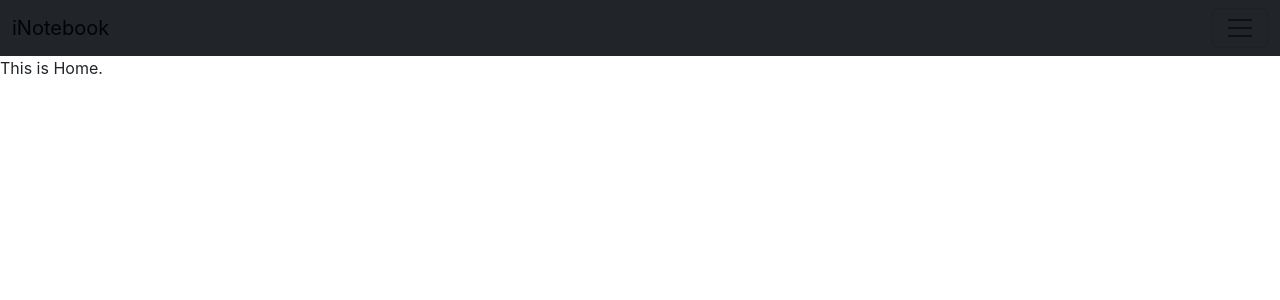
Repository: SatishPatil108/iNotebook-React
Page: /
An editor plug-in stored every save of this project. The page is shown before and after the next save, followed by the edit.
The browser window is 1280 px wide. The pictures show the whole page.
The project was rebuilt for these pictures with package versions that can differ from the ones it lists, and the page was loaded fresh each time. Also part of the build but not shown: src/App.css, src/components/About.js.

Above is the page before, as saved 2022-07-23 17:13:44.

### public/index.html
<!DOCTYPE html>
<html lang="en">

<head>
  <meta charset="utf-8" />
  <link rel="icon" href="%PUBLIC_URL%/favicon.ico" />
  <meta name="viewport" content="width=device-width, initial-scale=1" />
  <meta name="theme-color" content="#000000" />
  <meta name="description" content="Web site created using create-react-app" />
  <link rel="apple-touch-icon" href="%PUBLIC_URL%/logo192.png" />

  <link rel="manifest" href="%PUBLIC_URL%/manifest.json" />
  <link href="https://cdn.jsdelivr.net/npm/bootstrap@5.2.0/dist/css/bootstrap.min.css" rel="stylesheet"
    integrity="sha384-gH2yIJqKdNHPEq0n4Mqa/HGKIhSkIHeL5AyhkYV8i59U5AR6csBvApHHNl/vI1Bx" crossorigin="anonymous">

  <title>iNotebook - Your Notes Secured in the Cloud</title>
</head>

<body>
  <noscript>You need to enable JavaScript to run this app.</noscript>
  <div id="root"></div>
  <script src="https://cdn.jsdelivr.net/npm/@popperjs/core@2.11.5/dist/umd/popper.min.js"
    integrity="sha384-Xe+8cL9oJa6tN/veChSP7q+mnSPaj5Bcu9mPX5F5xIGE0DVittaqT5lorf0EI7Vk"
    crossorigin="anonymous"></script>
  <script src="https://cdn.jsdelivr.net/npm/bootstrap@5.2.0/dist/js/bootstrap.min.js"
    integrity="sha384-ODmDIVzN+pFdexxHEHFBQH3/9/vQ9uori45z4JjnFsRydbmQbmL5t1tQ0culUzyK"
    crossorigin="anonymous"></script>

</body>

</html>

### src/App.js
import './App.css';
import {
  BrowserRouter as Router,
  Routes,
  Route
} from "react-router-dom";
import Navbar from './components/Navbar';
import Home from './components/Home';
import About from './components/About';
import NoteState from './context/notes/NoteState';

function App() {
  return (
    <>
      <NoteState>
        <Router>
          <Navbar />
          <Routes>
            <Route exact path="/" element={<Home />}></Route>
            <Route exact path="/about" element={<About />}></Route>
          </Routes>
        </Router>
      </NoteState>
    </>
  );
}

export default App;

### src/components/Navbar.js
import React from 'react'
import { Link } from "react-router-dom";

const Navbar = () => {
    return (
        <div>
            <nav className="navbar navbar-expand-light  bg-dark">
                <div className="container-fluid">
                    <Link className="navbar-brand" to="/">iNotebook</Link>
                    <button className="navbar-toggler" type="button" data-bs-toggle="collapse" data-bs-target="#navbarSupportedContent" aria-controls="navbarSupportedContent" aria-expanded="false" aria-label="Toggle navigation">
                        <span className="navbar-toggler-icon"></span>
                    </button>
                    <div className="collapse navbar-collapse" id="navbarSupportedContent">
                        <ul className="navbar-nav me-auto mb-2 mb-lg-0">
                            <li className="nav-item">
                                <Link className="nav-link " aria-current="page" to="/">Home</Link>
                            </li>
                            <li className="nav-item">
                                <Link className="nav-link active" to="/about">About</Link>
                            </li>
                        </ul>
                        <form className="d-flex" role="search">
                            <input className="form-control me-2" type="search" placeholder="Search" aria-label="Search" />
                            <button className="btn btn-outline-success" type="submit">Search</button>
                        </form>
                    </div>
                </div>
            </nav>
        </div>
    )
}

export default Navbar

### src/components/Home.js
import React from 'react'

const Home = () => {
    return (
        <div>
            This is Home.
        </div>
    )
}

export default Home

### src/context/notes/NoteState.js
import NoteContext from "./noteContext";
const NoteState = (props) => {



    return (
        <NoteContext.Provider value={{}}>
            {props.children}
        </NoteContext.Provider>
    )
}

export default NoteState;

Loaded but not shown: src/index.js (common file); src/index.css (common file); src/context/notes/noteContext.js (common file)

After the next save:
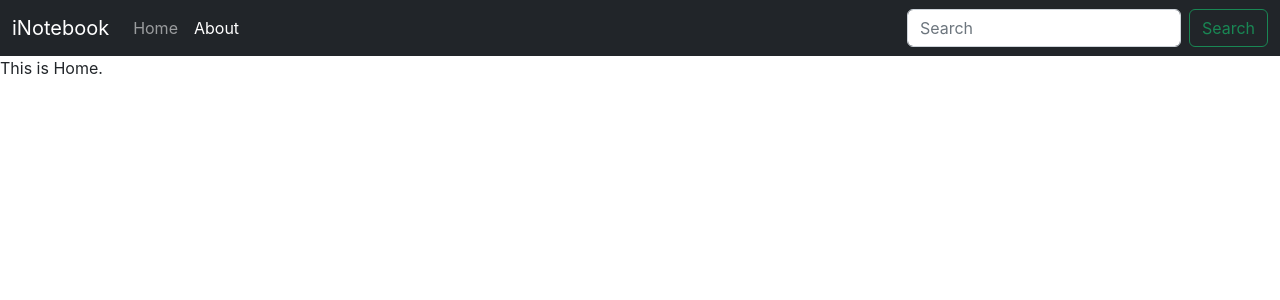
Saved 44 s later.
--- a/src/components/Navbar.js
+++ b/src/components/Navbar.js
@@ -4,7 +4,7 @@
 const Navbar = () => {
     return (
         <div>
-            <nav className="navbar navbar-expand-light  bg-dark">
+            <nav className="navbar navbar-expand-lg navbar-dark  bg-dark">
                 <div className="container-fluid">
                     <Link className="navbar-brand" to="/">iNotebook</Link>
                     <button className="navbar-toggler" type="button" data-bs-toggle="collapse" data-bs-target="#navbarSupportedContent" aria-controls="navbarSupportedContent" aria-expanded="false" aria-label="Toggle navigation">
